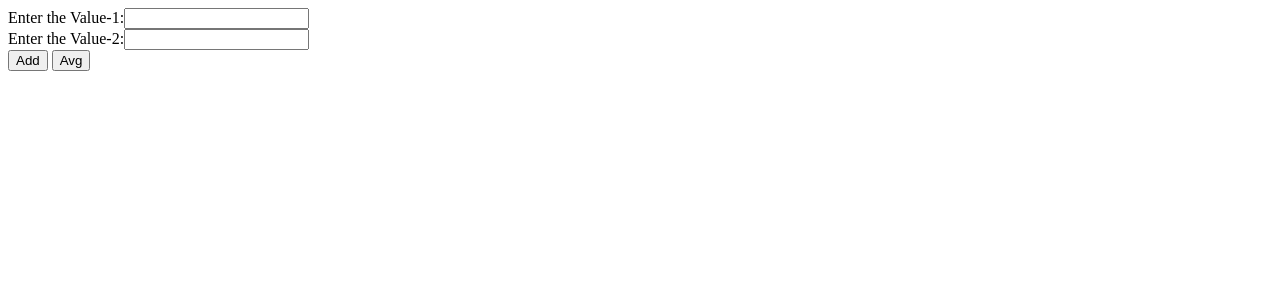
Repository: sudeepnagar/Advanced71
Page: App_servlet_2/src/main/webapp/input.html
The author's editor kept a copy of each file at every save. The page is drawn from the files as they stood at one save, then again after the next save.
The browser window is 1280 px wide. The pictures show the whole page.

Above is the page before, as saved 2025-03-02 15:59:06.

### App_servlet_2/src/main/webapp/input.html
<!DOCTYPE html>
<html>
<head>
<meta charset="UTF-8">
<title>Insert title here</title>
</head>
<body>

    <form action="choice" method="post">
         Enter the Value-1:<input type="text" name="v1"><br>
         Enter the Value-2:<input type="text" name="v2"><br>
         <input type="submit" value="Add" name="sb">
         <input type="submit" value="Avg" name="sb">

    </form>

</body>
</html>

After the next save:
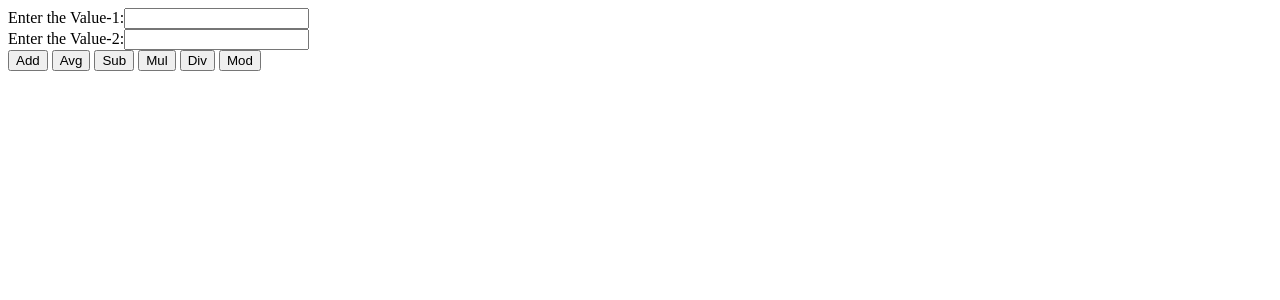
Saved 43 s later.
--- a/App_servlet_2/src/main/webapp/input.html
+++ b/App_servlet_2/src/main/webapp/input.html
@@ -11,6 +11,10 @@
          Enter the Value-2:<input type="text" name="v2"><br>
          <input type="submit" value="Add" name="sb">
          <input type="submit" value="Avg" name="sb">
+         <input type="submit" value="Sub" name="sb">
+         <input type="submit" value="Mul" name="sb">
+         <input type="submit" value="Div" name="sb">
+         <input type="submit" value="Mod" name="sb">
 
     </form>
 
